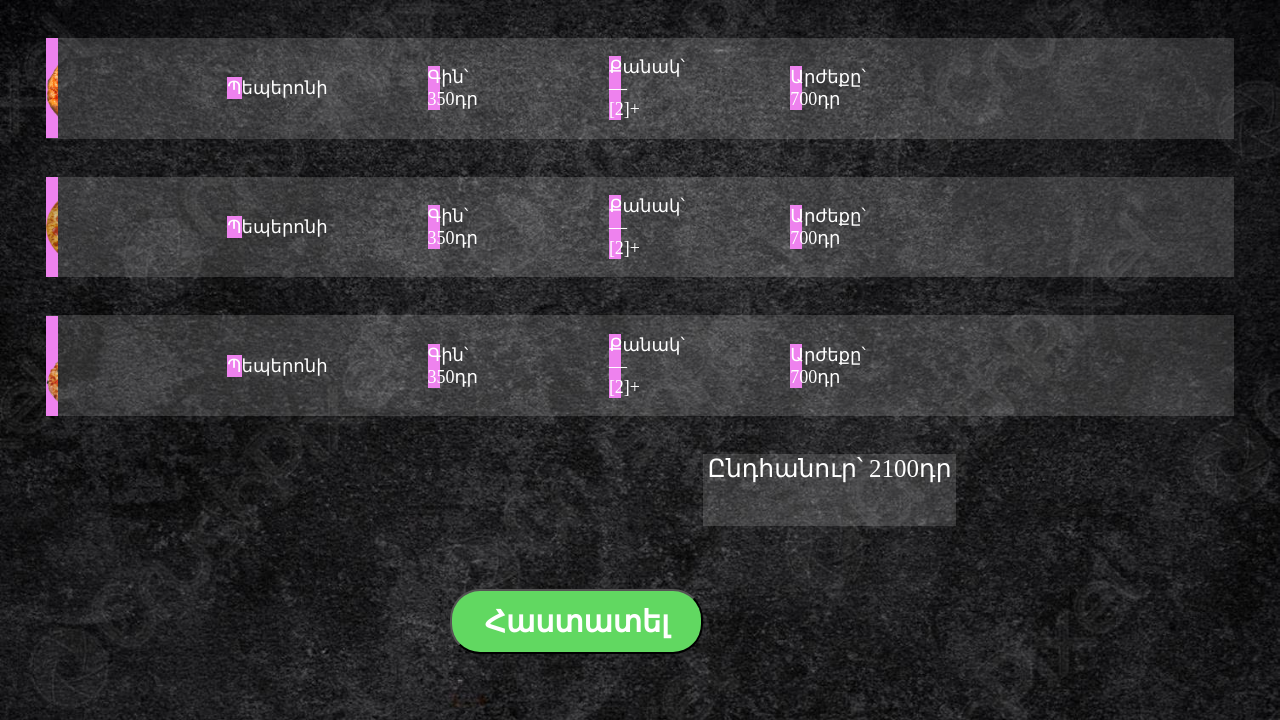
Repository: NarekTovmasyan/PizzaManue
Page: public/basket.html
An editor plug-in stored every save of this project. The page is shown before and after the next save, followed by the edit.
The browser window is 1280 px wide. The pictures show the whole page.

Above is the page before, as saved 2022-01-20 15:22:08.

After the next save:
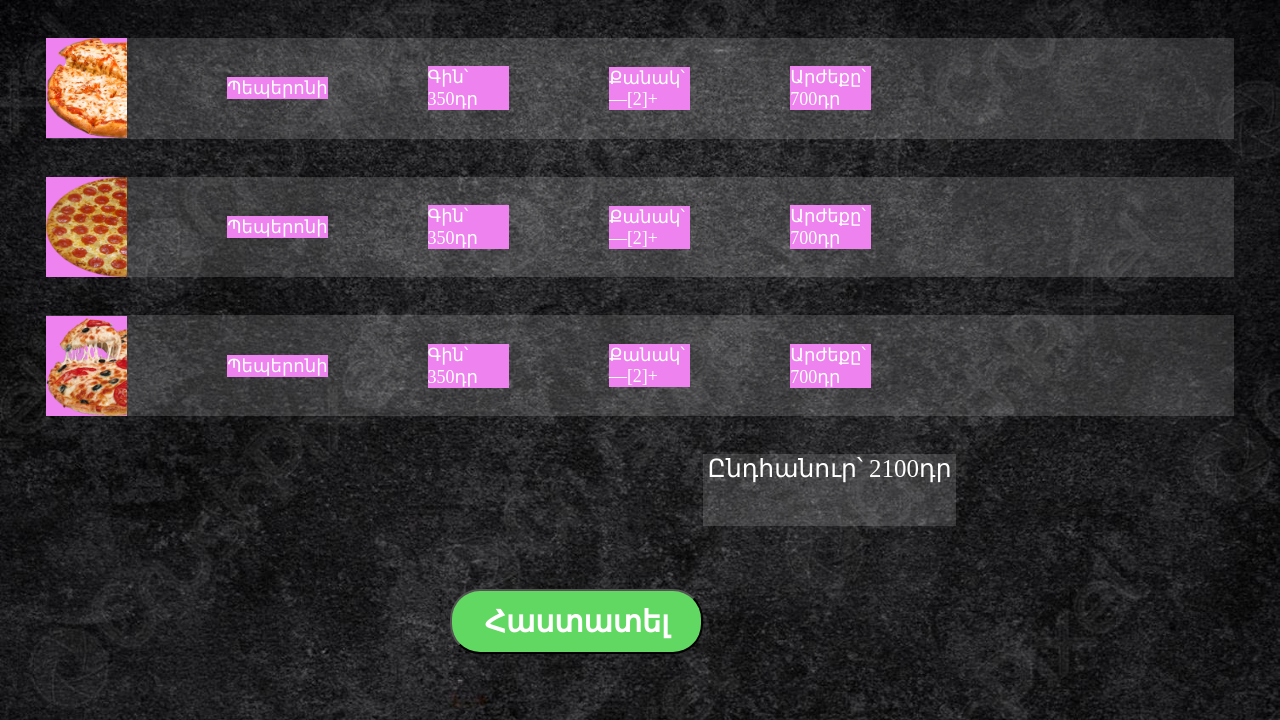
Saved 24 s later.
--- a/public/basket.css
+++ b/public/basket.css
@@ -23,7 +23,7 @@ body {
 }
  .prop >  div{
     background-color: violet;
-    width: 15%;
+    width: 100%;
  }
 .sum{
     background-color: rgba(255, 255, 255, 0.144) ;
